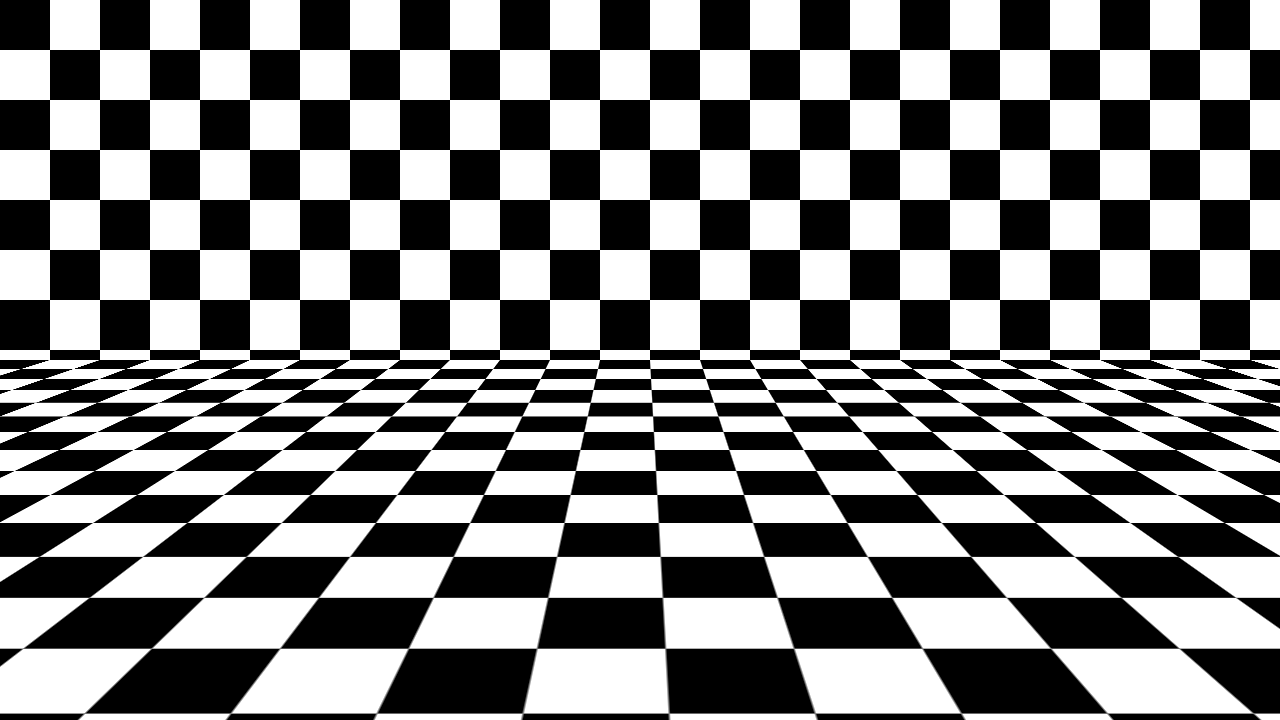
Repository: atwesson/portfoilo
Page: index.html
An editor plug-in stored every save of this project. The page is shown before and after the next save, followed by the edit.
The browser window is 1280 px wide. The pictures show the whole page.

Above is the page before, as saved 2021-11-17 10:14:48.

### index.html
<!DOCTYPE html>
<html lang="en">

<head>
    <meta charset="UTF-8">
    <meta http-equiv="X-UA-Compatible" content="IE=edge">
    <meta name="viewport" content="width=device-width, initial-scale=1.0">
    <link href="https://cdn.jsdelivr.net/npm/bootstrap@5.1.3/dist/css/bootstrap.min.css" rel="stylesheet"
        integrity="sha384-1BmE4kWBq78iYhFldvKuhfTAU6auU8tT94WrHftjDbrCEXSU1oBoqyl2QvZ6jIW3" crossorigin="anonymous">
    <link rel="stylesheet" type="text/css" href="style.css">
    <title>portfoilo
    </title>
</head>

<body>
    <section>
        <div class="pattern">
            <div class="face face1">
            </div>
            <div class="face face2"></div>
        </div>
    </section>



    <script src="https://cdn.jsdelivr.net/npm/bootstrap@5.1.3/dist/js/bootstrap.bundle.min.js"
        integrity="sha384-ka7Sk0Gln4gmtz2MlQnikT1wXgYsOg+OMhuP+IlRH9sENBO0LRn5q+8nbTov4+1p"
        crossorigin="anonymous"></script>
    <script src="scripts.js"></script>
</body>

</html>

### style.css
*
{
    margin: 0;
    padding: 0;
}

section{
    position: fixed;
    top: 0;
    left: 0;
    width: 100%;
    height: 100vh;
    overflow: hidden;
}
.pattern
{
    position: relative;
    transform-style: preserve-3d;
    perspective: 1000px;
}

.pattern .face{
    position: relative;
    width: 100%;
    height: 50vh;
    background: url(/assets/check.jpg);
    background-size: 100px 100px;
}
.pattern .face.face2{
    height: 100vh;
    transform-origin: top;
    transform: rotateX(70deg);
}

Loaded but not shown: scripts.js (no stored copy; drawn as an empty file)

After the next save:
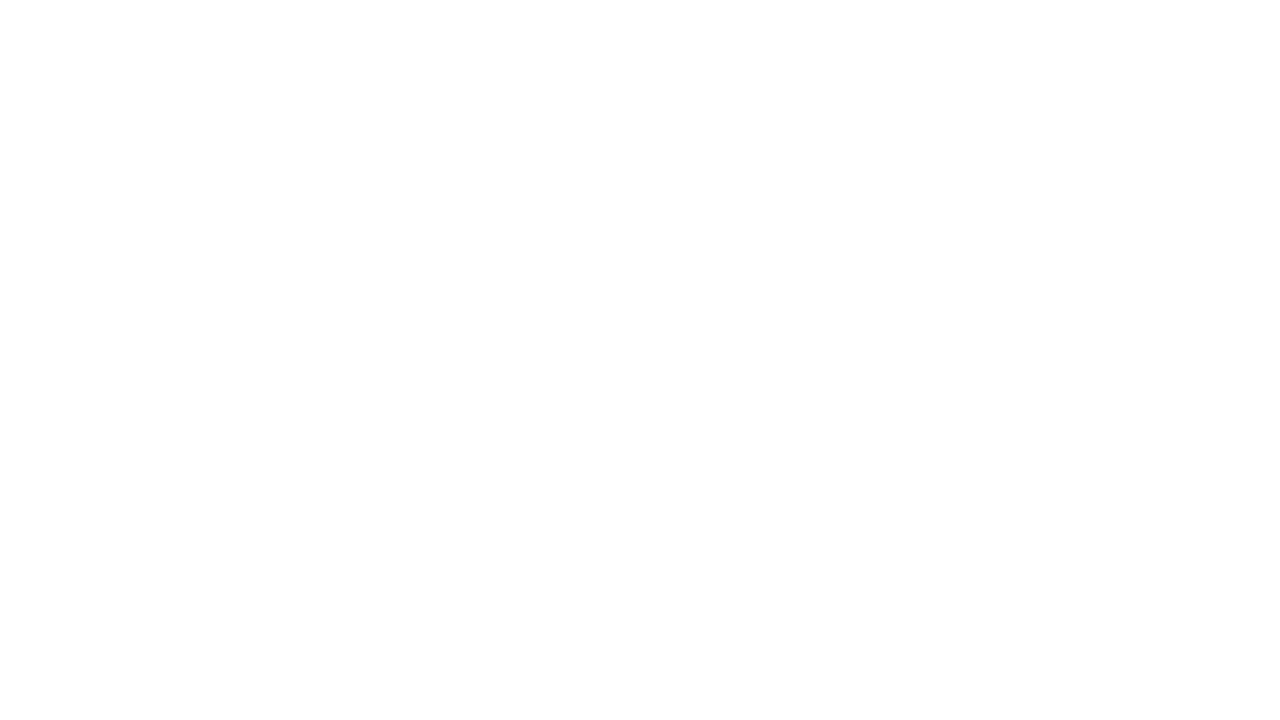
Saved 4 s later.
--- a/style.css
+++ b/style.css
@@ -23,7 +23,7 @@
     position: relative;
     width: 100%;
     height: 50vh;
-    background: url(/assets/check.jpg);
+    background: (/assets/check.jpg);
     background-size: 100px 100px;
 }
 .pattern .face.face2{

After the 6 saves that followed:
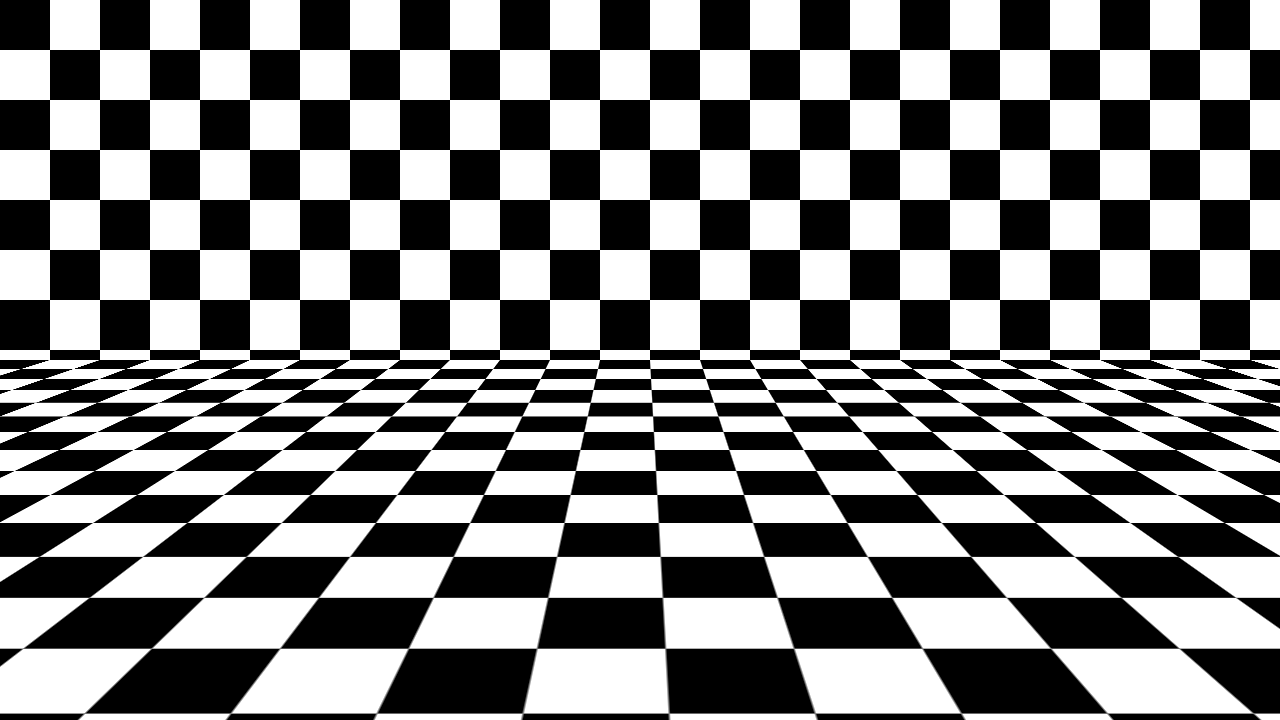
The 6 saves are shown as one change because they came seconds apart.
The last was saved 15 s later.
--- a/style.css
+++ b/style.css
@@ -23,7 +23,7 @@
     position: relative;
     width: 100%;
     height: 50vh;
-    background: (/assets/check.jpg);
+    background: url(/assets/check.jpg);
     background-size: 100px 100px;
 }
 .pattern .face.face2{
